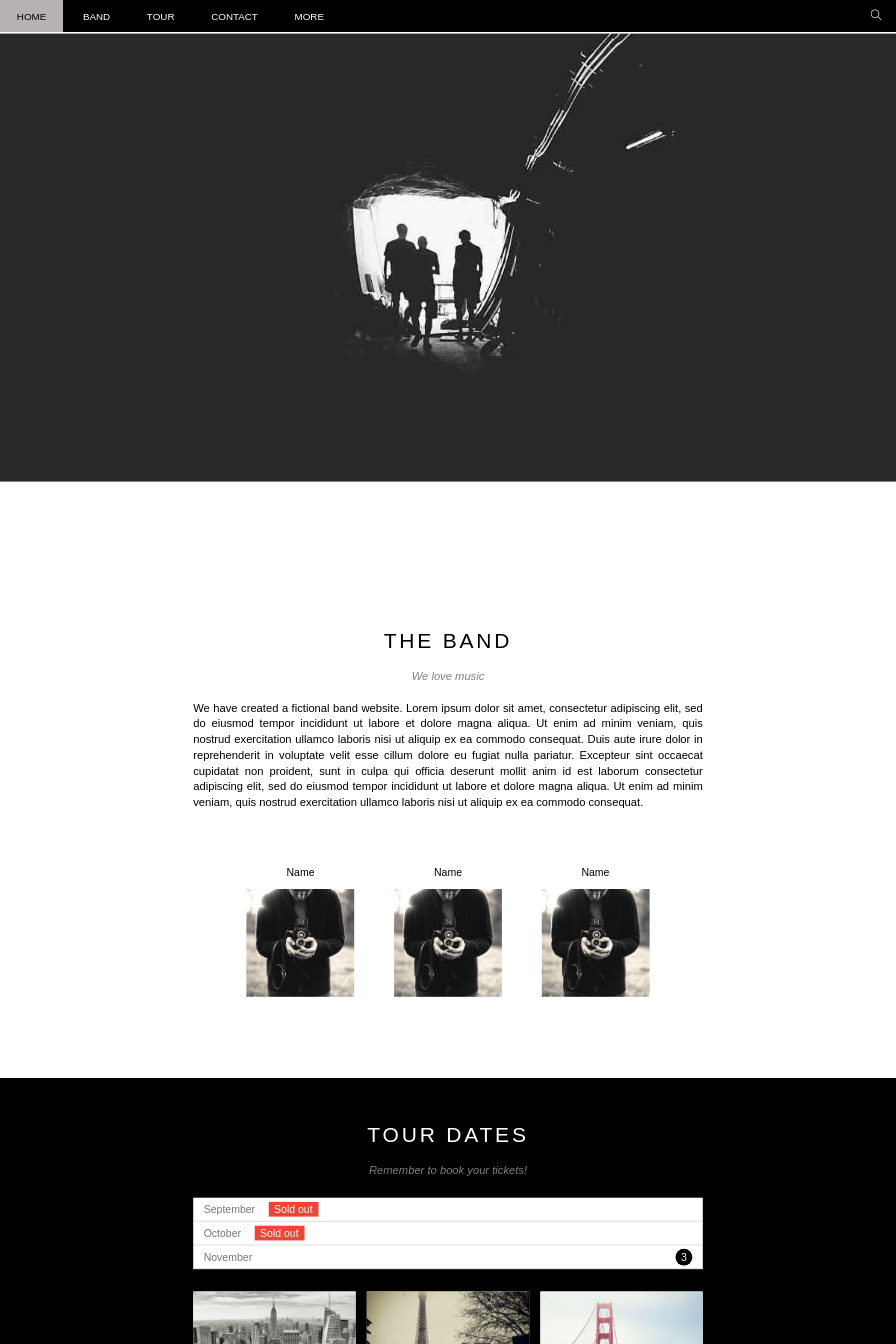
Repository: phamquy01/the-band
Page: index.html
An editor plug-in stored every save of this project. The page is shown before and after the next save, followed by the edit.
The browser window is 1280 px wide. The pictures show the part of the page from y = 0 to 1920 px (the page is 3653 px tall before and 3647 px after), at 70% of full size.

Above is the page before, as saved 2022-04-21 14:43:35.

After the next save:
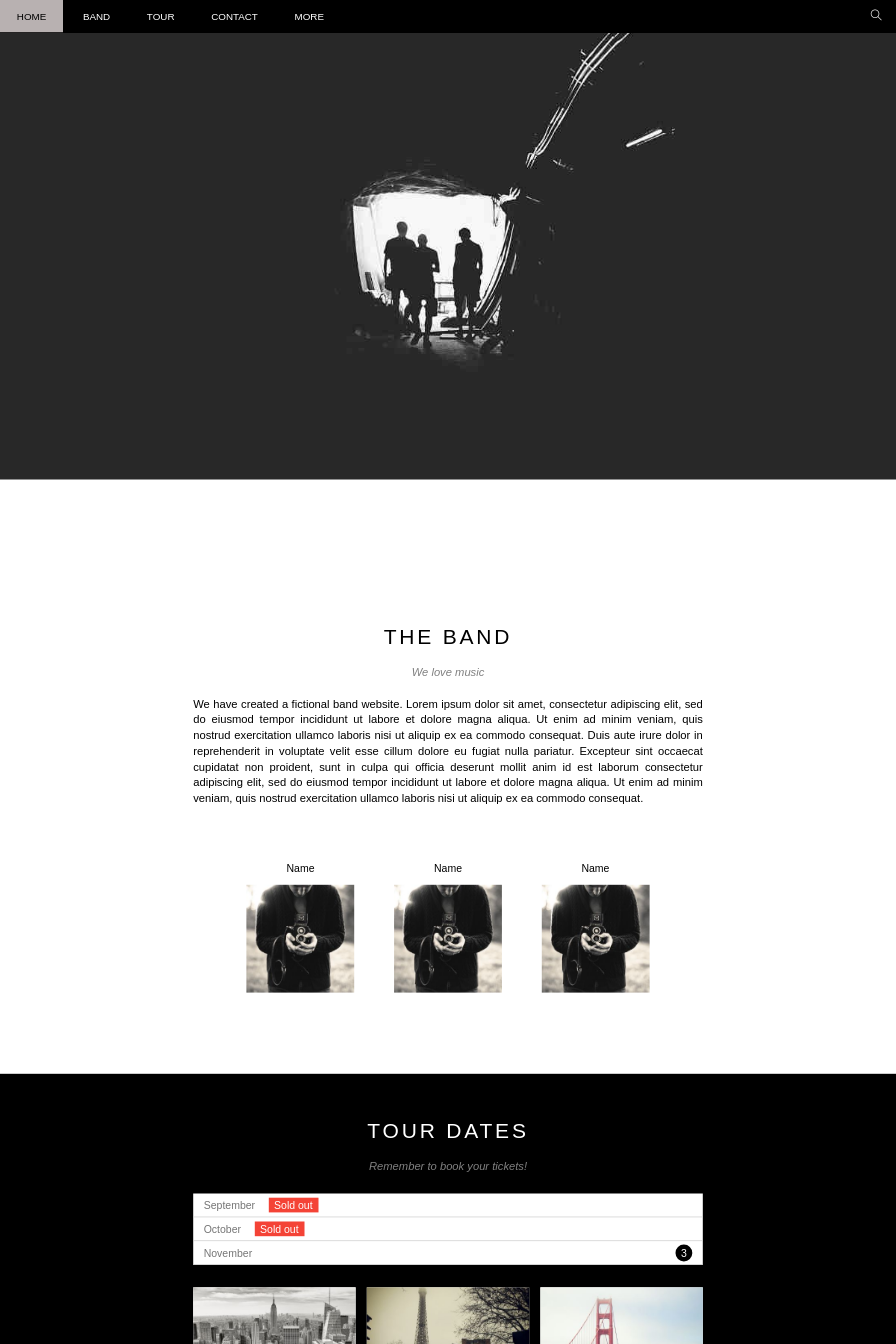
Saved 8 s later.
--- a/assets/css/style.css
+++ b/assets/css/style.css
@@ -114,7 +114,7 @@
   color: white;
   text-align: center;
   width: 100%;
-  margin: 48px 0;
+  margin: 45px 0;
 }
 .text-content img {
   width: 100%;
